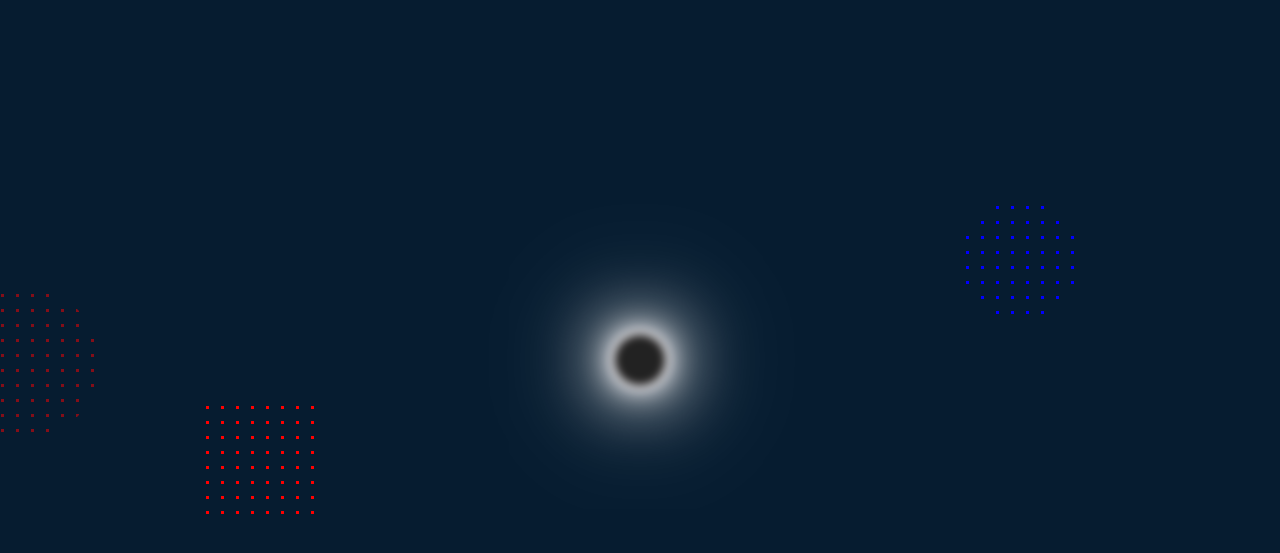
Repository: AdeniranZion/RC-Academy
Page: http://localhost/test/page.php
These files come from the project's save history. The page is drawn as it stood at one moment and after the next save; the edit follows.
The browser window is 1280 px wide. The pictures show the whole page.
The page is run by PHP 8.4 with error messages shown; the project is at /var/www/html/.

Above is the page before, as saved 2024-06-24 11:38:54.

After the next save:
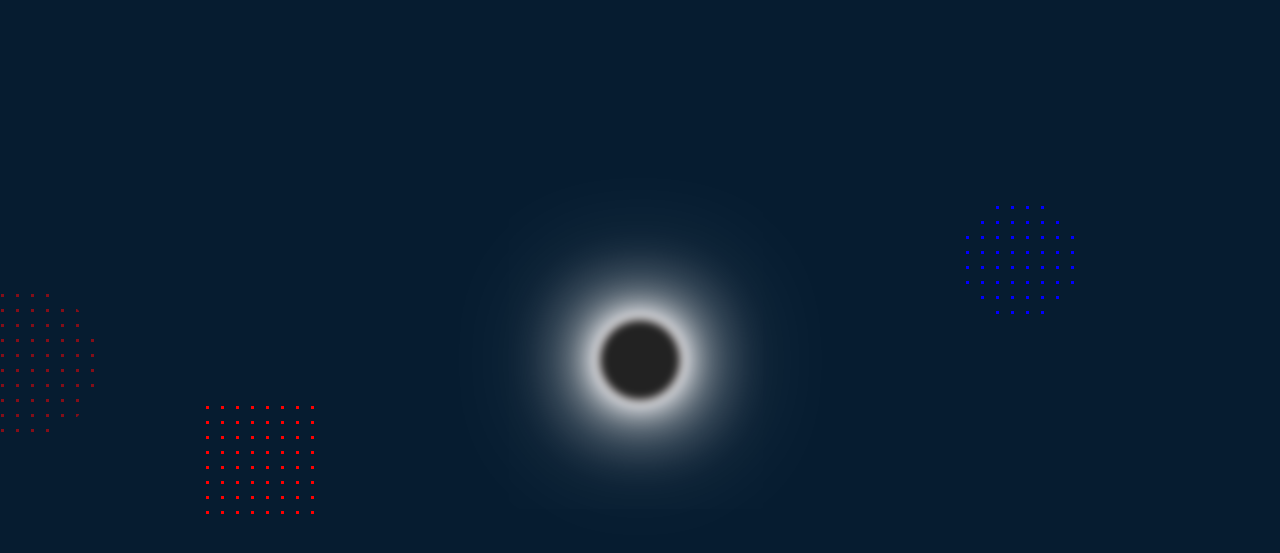
Saved 13 s later.
--- a/test/page.php
+++ b/test/page.php
@@ -25,8 +25,8 @@
 
     .neon-object {
       position: absolute;
-      width: 50px;
-      height: 50px;
+      width: 80px;
+      height: 80px;
       border-radius: 50%;
       background-color: #222; /* Add a background color for visibility */
       box-shadow: 0 0 10px #fed, 0 0 20px #dde, 0 0 30px #fff, 0 0 40px #ddd, 0 0 70px #ddd, 0 0 80px #ddd, 0 0 100px #ddd, 0 0 150px #ddd;
